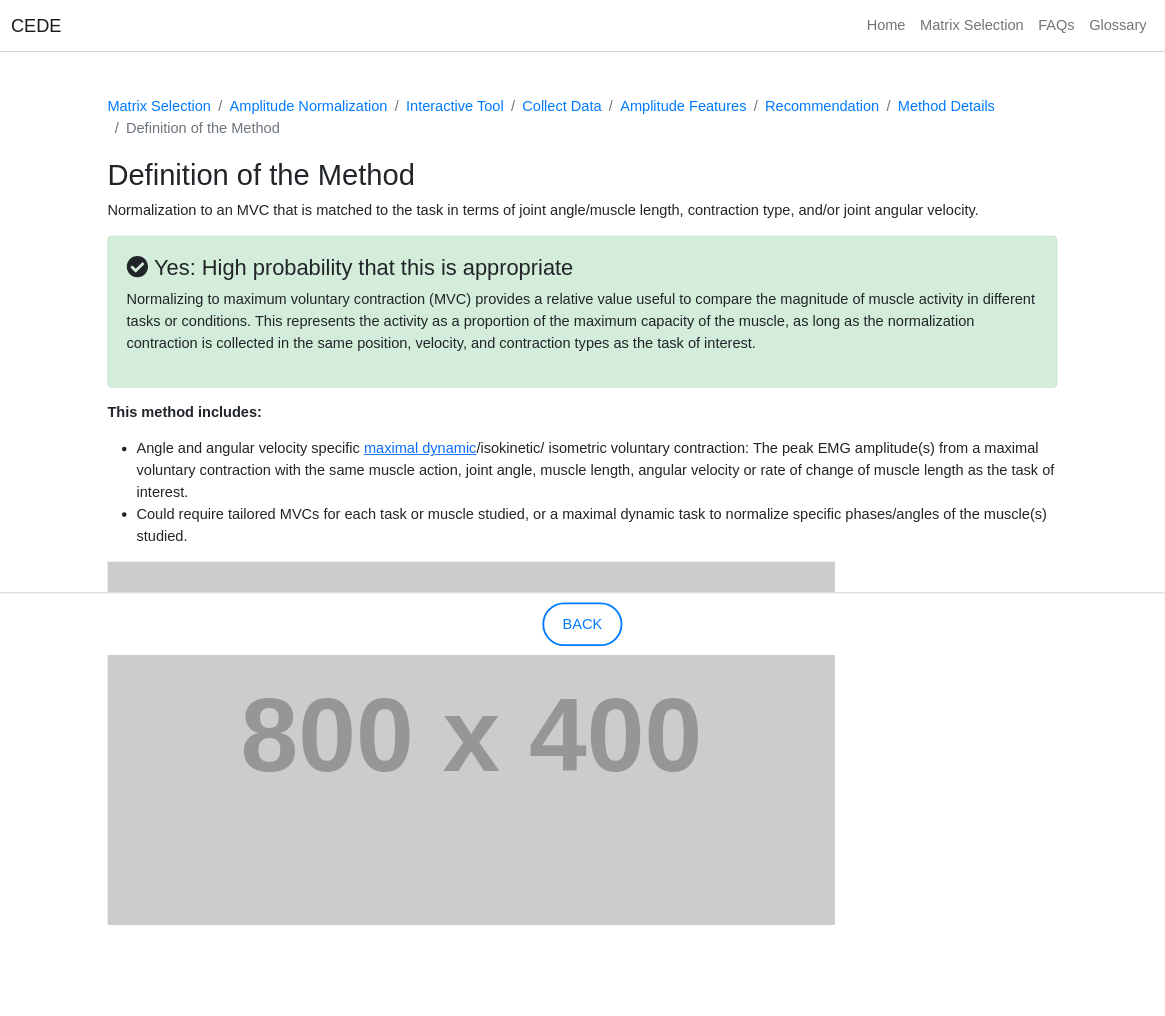
Repository: devashrisamani/CEDE-Website
Page: website/definition.html
The author's editor kept a copy of each file at every save. The page is drawn from the files as they stood at one save, then again after the next save.
The browser window is 1280 px wide. The pictures show the whole page, at 91% of full size.
Some web libraries are served in a nearby version.

Above is the page before, as saved 2024-06-25 23:15:46.

### website/definition.html
<!DOCTYPE html>
<html lang="en">
  <head>
    <meta charset="UTF-8" />
    <meta name="viewport" content="width=device-width, initial-scale=1.0" />
    <title>Definition of the Method</title>
    <link
      href="https://cdn.jsdelivr.net/npm/bootstrap@5.1.3/dist/css/bootstrap.min.css"
      rel="stylesheet"
    />
    <style>
      body {
        font-family: Arial, sans-serif;
        margin: 0;
        padding: 0;
        background-color: white;
      }

      .navbar {
        border-bottom: 1px solid #cfcfcf;
      }

      .breadcrumb {
        background-color: white;
        margin-bottom: 20px;
      }

      .breadcrumb-item a {
        color: #007bff;
        text-decoration: none;
      }

      .breadcrumb-item a:hover {
        text-decoration: underline;
      }

      .header-title {
        margin-top: 20px;
        margin-bottom: 20px;
        text-align: left;
      }

      .recommendation-section {
        padding: 20px;
        border-radius: 5px;
        margin-bottom: 15px;
        text-align: left;
      }

      .high-probability {
        background-color: #d4edda;
        border: 1px solid #c3e6cb;
      }

      .btn-container-wrapper {
        display: flex;
        justify-content: center;
        width: 100%;
      }

      .btn-container {
        position: fixed;
        bottom: 0;
        width: 100%;
        background-color: white;
        padding: 10px 0;
        display: flex;
        justify-content: center;
        border-top: 1px solid #cfcfcf;
        z-index: 1000;
      }

      .btn-container .btn {
        padding: 10px 20px;
        font-size: 16px;
        border-radius: 30px;
        border: 2px solid #007bff;
        background-color: white;
        color: #007bff;
        text-transform: uppercase;
      }

      .btn-container .btn:hover {
        background-color: #e0e0e0;
        color: #007bff;
      }

      .container {
        padding-bottom: 80px; /* to ensure the content does not hide behind the fixed button */
      }

      .popup-box {
        display: none;
        position: fixed;
        z-index: 9999;
        top: 50%;
        left: 50%;
        transform: translate(-50%, -50%);
        width: 50%;
        max-width: 600px;
        background: white;
        border: 1px solid #ddd;
        border-radius: 10px;
        box-shadow: 0 2px 10px rgba(0, 0, 0, 0.1);
        overflow: hidden;
      }

      .popup-box .popup-content {
        padding: 20px;
        overflow-y: auto;
        max-height: 400px;
      }

      .popup-box .popup-header {
        display: flex;
        justify-content: space-between;
        align-items: center;
        padding: 10px 20px;
        border-bottom: 1px solid #ddd;
      }

      .popup-box .popup-header h4 {
        margin: 0;
      }

      .popup-box .popup-header .close-btn {
        background: none;
        border: none;
        font-size: 20px;
        cursor: pointer;
      }

      @media (max-width: 768px) {
        .popup-box {
          width: 90%;
          max-height: 90%;
        }
      }
    </style>
  </head>
  <body>
    <nav class="navbar navbar-expand-lg navbar-light bg-white">
      <div class="container-fluid">
        <a class="navbar-brand" href="index.html">CEDE</a>
        <button
          class="navbar-toggler"
          type="button"
          data-bs-toggle="collapse"
          data-bs-target="#navbarNavAltMarkup"
          aria-controls="navbarNavAltMarkup"
          aria-expanded="false"
          aria-label="Toggle navigation"
        >
          <span class="navbar-toggler-icon"></span>
        </button>
        <div
          class="collapse navbar-collapse justify-content-end"
          id="navbarNavAltMarkup"
        >
          <div class="navbar-nav">
            <a class="nav-link" href="index.html">Home</a>
            <a class="nav-link" href="">Matrix Selection</a>
            <a class="nav-link" href="faq.html">FAQs</a>
            <a class="nav-link" href="#">Glossary</a>
          </div>
        </div>
      </div>
    </nav>

    <!-- Main Content -->
    <div class="container mt-5 px-5">
      <nav aria-label="breadcrumb">
        <ol class="breadcrumb">
          <li class="breadcrumb-item">
            <a href="index.html">Matrix Selection</a>
          </li>
          <li class="breadcrumb-item">
            <a href="amplitude.html">Amplitude Normalization</a>
          </li>
          <li class="breadcrumb-item">
            <a href="inttool.html">Interactive Tool</a>
          </li>
          <li class="breadcrumb-item">
            <a href="collectdata.html">Collect Data</a>
          </li>
          <li class="breadcrumb-item">
            <a href="collectdata.html">Amplitude Features</a>
          </li>
          <li class="breadcrumb-item">
            <a href="recommendation.html">Recommendation</a>
          </li>
          <li class="breadcrumb-item">
            <a href="method.html">Method Details</a>
          </li>
          <li class="breadcrumb-item active" aria-current="page">
            Definition of the Method
          </li>
        </ol>
      </nav>

      <div class="header-title">
        <h2>Definition of the Method</h2>
        <p>
          Normalization to an MVC that is matched to the task in terms of joint
          angle/muscle length, contraction type, and/or joint angular velocity.
        </p>
        <div class="recommendation-section high-probability">
          <h4>
            <i class="fa fa-check-circle" aria-hidden="true"></i> Yes: High
            probability that this is appropriate
          </h4>
          <p>
            Normalizing to maximum voluntary contraction (MVC) provides a
            relative value useful to compare the magnitude of muscle activity in
            different tasks or conditions. This represents the activity as a
            proportion of the maximum capacity of the muscle, as long as the
            normalization contraction is collected in the same position,
            velocity, and contraction types as the task of interest.
          </p>
        </div>

        <div>
          <p><strong>This method includes:</strong></p>
          <ul>
            <li>
              Angle and angular velocity specific
              <a href="#" id="maximalDynamicLink">maximal dynamic</a
              >/isokinetic/ isometric voluntary contraction: The peak EMG
              amplitude(s) from a maximal voluntary contraction with the same
              muscle action, joint angle, muscle length, angular velocity or
              rate of change of muscle length as the task of interest.
            </li>
            <li>
              Could require tailored MVCs for each task or muscle studied, or a
              maximal dynamic task to normalize specific phases/angles of the
              muscle(s) studied.
            </li>
          </ul>
          <img
            src="https://via.placeholder.com/800x400"
            class="img-fluid"
            alt="Placeholder Image"
          />
        </div>
      </div>

      <div class="btn-container-wrapper">
        <div class="btn-container">
          <button class="btn" onclick="location.href='recommendation.html'">
            Back
          </button>
        </div>
      </div>
    </div>

    <!-- Popup Box -->
    <div id="popupBox" class="popup-box">
      <div class="popup-header">
        <h4>Maximal Dynamic</h4>
        <button class="close-btn" onclick="closePopup()">×</button>
      </div>
      <div class="popup-content">
        <p>
          This is the definition of the term and how to apply it. On desktop
          this box appears on hover. On mobile and tablet it appears on click as
          a full screen modal that requires the user to click an “x” in the top
          right corner to close it out. The size of this box is fixed and the
          user can scroll within it to see more text if the explanation is
          longer than the visible area. Clip content and show vertical scroll
          bar on right.
        </p>
      </div>
    </div>

    <script>
      document
        .getElementById("maximalDynamicLink")
        .addEventListener("click", function (event) {
          event.preventDefault();
          document.getElementById("popupBox").style.display = "block";
        });

      function closePopup() {
        document.getElementById("popupBox").style.display = "none";
      }
    </script>
    <script src="https://code.jquery.com/jquery-3.5.1.slim.min.js"></script>
    <script src="https://cdn.jsdelivr.net/npm/@popperjs/core@2.5.4/dist/umd/popper.min.js"></script>
    <script src="https://cdn.jsdelivr.net/npm/bootstrap@5.1.3/dist/js/bootstrap.bundle.min.js"></script>
    <script src="https://use.fontawesome.com/releases/v5.15.1/js/all.js"></script>
  </body>
</html>

After the next save:
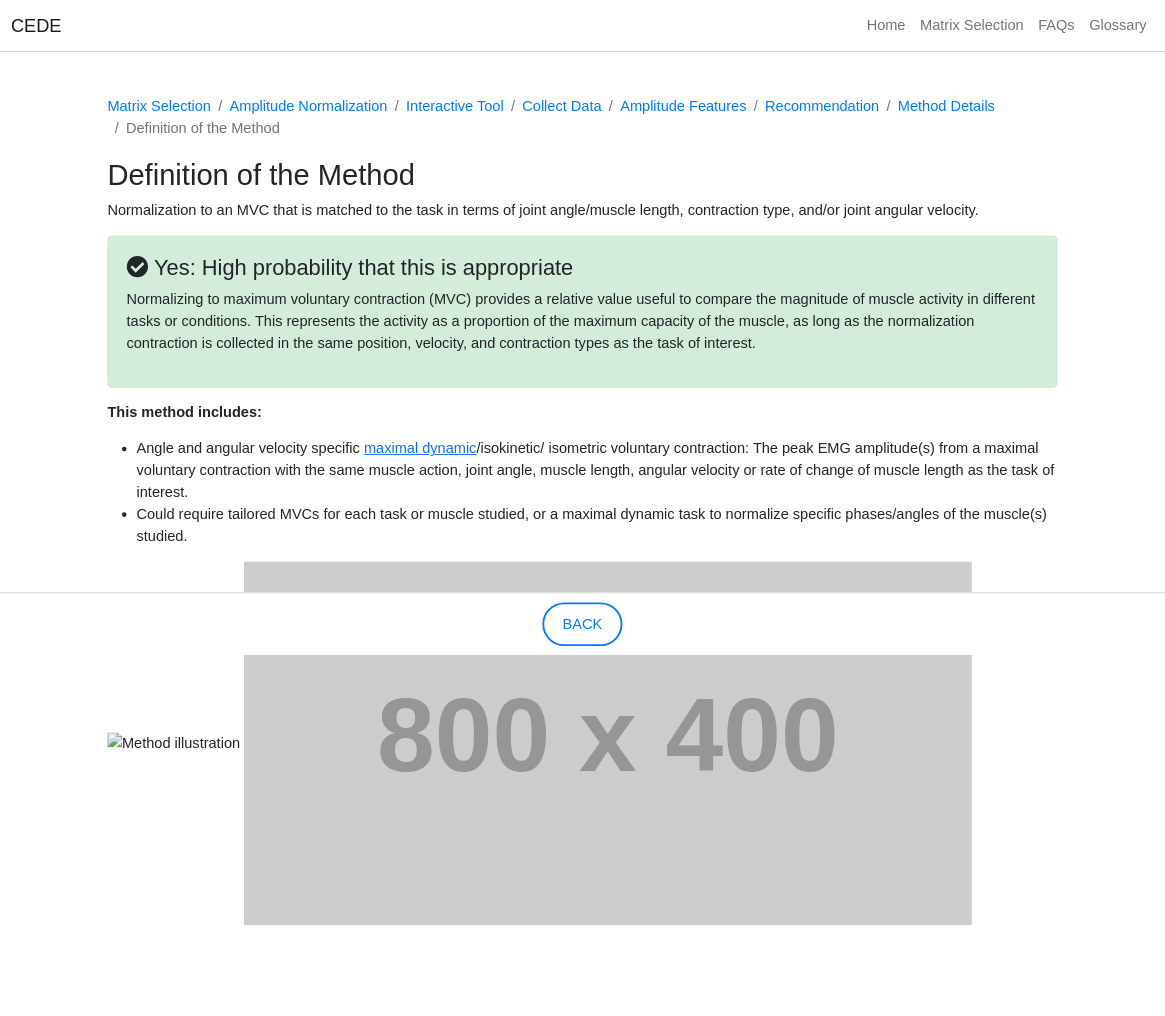
Not found: website/path_to_image.jpg
Saved 26 s later.
--- a/website/definition.html
+++ b/website/definition.html
@@ -237,6 +237,11 @@
             </li>
           </ul>
           <img
+            src="path_to_image.jpg"
+            alt="Method illustration"
+            class="img-fluid"
+          />
+          <img
             src="https://via.placeholder.com/800x400"
             class="img-fluid"
             alt="Placeholder Image"

After the save that followed:
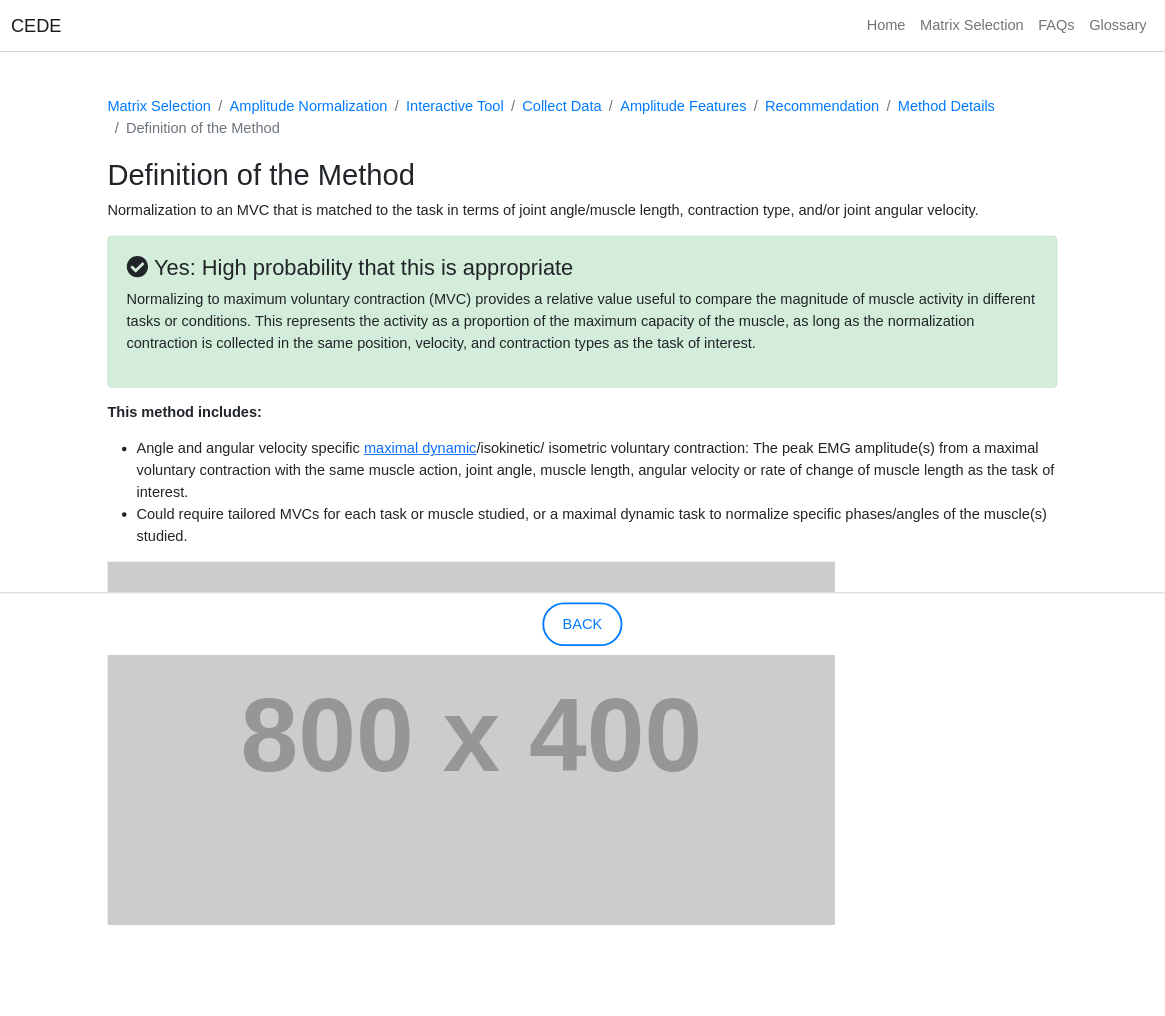
Saved 13 s later.
--- a/website/definition.html
+++ b/website/definition.html
@@ -236,11 +236,7 @@
               muscle(s) studied.
             </li>
           </ul>
-          <img
-            src="path_to_image.jpg"
-            alt="Method illustration"
-            class="img-fluid"
-          />
+
           <img
             src="https://via.placeholder.com/800x400"
             class="img-fluid"
